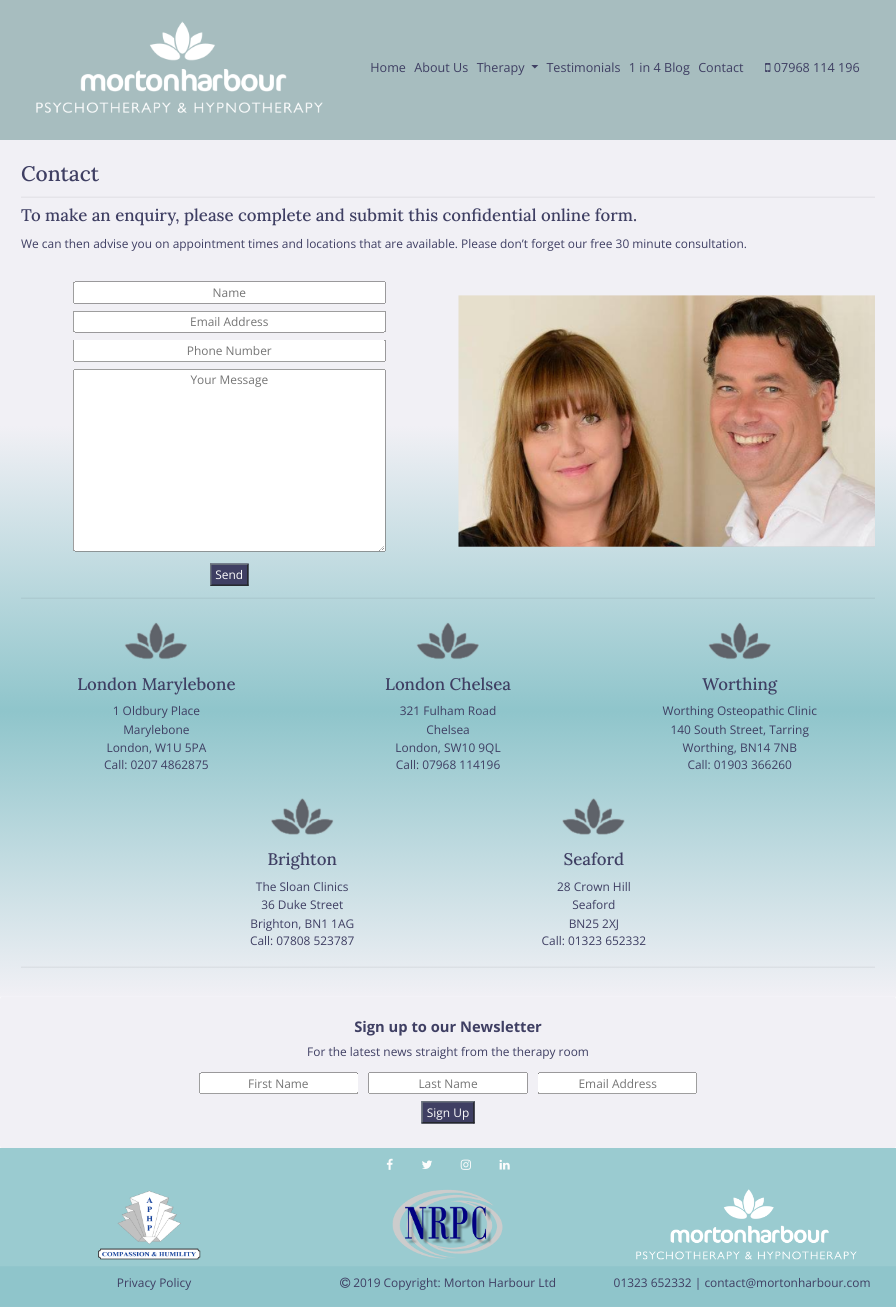
Repository: Code-Institute-Submissions/mortonharbour
Page: contact.html
The author's editor kept a record of every edit. The page is drawn from the files as they stood at one moment, then again after the next edit.
The browser window is 1280 px wide. The pictures show the whole page, at 70% of full size.
Some web libraries are served in a nearby version.

Above is the page before.

### contact.html
<!DOCTYPE html>
<html lang="en">

<head>
    <meta charset="UTF-8">
    <meta name="viewport" content="width=device-width, initial-scale=1.0">
    <meta http-equiv="X-UA-Compatible" content="ie=edge">

    <!--Links to Bootstrap, JavaScript and FontAwesome cdn, customer style.css file-->
    <link rel="stylesheet" href="https://stackpath.bootstrapcdn.com/bootstrap/4.4.0/css/bootstrap.min.css" integrity="sha384-SI27wrMjH3ZZ89r4o+fGIJtnzkAnFs3E4qz9DIYioCQ5l9Rd/7UAa8DHcaL8jkWt" crossorigin="anonymous">
    <link rel="stylesheet" href="https://stackpath.bootstrapcdn.com/font-awesome/4.7.0/css/font-awesome.min.css" type="text/css" />
    <script src="https://code.jquery.com/jquery-3.2.1.slim.min.js" integrity="sha384-KJ3o2DKtIkvYIK3UENzmM7KCkRr/rE9/Qpg6aAZGJwFDMVNA/GpGFF93hXpG5KkN" crossorigin="anonymous"></script>
    <script src="https://cdnjs.cloudflare.com/ajax/libs/popper.js/1.11.0/umd/popper.min.js" integrity="sha384-b/U6ypiBEHpOf/4+1nzFpr53nxSS+GLCkfwBdFNTxtclqqenISfwAzpKaMNFNmj4" crossorigin="anonymous"></script>
    <script src="https://maxcdn.bootstrapcdn.com/bootstrap/4.0.0-beta/js/bootstrap.min.js" integrity="sha384-h0AbiXch4ZDo7tp9hKZ4TsHbi047NrKGLO3SEJAg45jXxnGIfYzk4Si90RDIqNm1" crossorigin="anonymous"></script>

    <link rel="stylesheet" href="assets/css/style.css" />

    <title>Contact</title>
</head>

<body>
    <header>
        <div class="container-fluid">
            <nav class="navbar navbar-expand-lg navbar-light">
                <a href="index.html" class="col-sm-4 logo"><span class="sr-only">Go to our home page</span></a>

                <button class="navbar-toggler" type="button" data-toggle="collapse" data-target="#navbarSupportedContent" aria-controls="navbarSupportedContent" aria-expanded="false" aria-label="Toggle navigation">
            <span class="navbar-toggler-icon"></span>
            </button>
                <div class="collapse navbar-collapse justify-content-end" id="navbarSupportedContent">
                    <ul class="navbar-nav">
                        <li class="nav-item active">
                            <a class="nav-link" href="index.html"><span class="sr-only">Go to our home page</span>Home</a>
                        </li>
                        <li class="nav-item active">
                            <a class="nav-link" href="about_us.html"><span class="sr-only">Learn more about us</span>About Us</a>
                        </li>
                        <li class="nav-item dropdown">
                            <a class="nav-link dropdown-toggle" href="therapy.html" id="navbarDropdown" role="button" data-toggle="dropdown" aria-haspopup="true" aria-expanded="false">
                          Therapy
                        </a>
                            <div class="dropdown-menu" aria-labelledby="navbarDropdown">
                                <a class="dropdown-item" href="psychotherapy.html"><span class="sr-only">Find out about psychotherapy we offer</span>Psychotherapy</a>
                                <a class="dropdown-item" href="hypnotherapy.html"><span class="sr-only">Find out about hypnotherapy we offer</span>Hypnotherapy</a>
                                <a class="dropdown-item" href="emergency_therapy.html"><span class="sr-only">Find out about the emergency appointments we can offer</span>Emergency Appointments</a>
                            </div>
                        </li>
                        <li class="nav-item active">
                            <a class="nav-link" href="testimonials.html"><span class="sr-only">Find out what our clients say</span>Testimonials</a>
                        </li>
                        <li class="nav-item active">
                            <a class="nav-link" href="1-in-4_blog.html"><span class="sr-only">1 in 4 Blog</span>1 in 4 Blog</a>
                        </li>
                        <li class="nav-item active">
                            <a class="nav-link" href="contact.html"><span class="sr-only">Contact Us</span>Contact</a>
                        </li>
                    </ul>
                </div>
                <span id="header-mobile"><a href="tel:#"><i class="fa fa-mobile" aria-hidden="true"></i>
                <span class="sr-only">Call us</span>07968 114 196</a>
                </span>
            </nav>
        </div>
    </header>

    <!--Contact form-->

    <section class="contact-us-form">
        <div class="row">
            <div class="col-sm-12 text-left contact-header">
                <h1>Contact</h1>
                <hr>
                <h2>To make an enquiry, please complete and submit this confidential online form.</h2>
                <p>We can then advise you on appointment times and locations that are available. Please don’t forget our free 30 minute consultation.</p>
            </div>
        </div>
        <div class="row">
            <div class="col-sm-6">
                <div>
                    <form action="#" method="post">
                        <fieldset>
                            <input type="text" name="Name" placeholder="Name" id="name-contact" required/><br>
                            <input type="email" name="Email" placeholder="Email Address" id="email-address-contact" required/><br>
                            <input type="tel" name="Number" placeholder="Phone Number" id="phone-number" required/><br>
                            <textarea name="your-message" cols="40" rows="10" id="your-message" aria-invalid="false" placeholder="Your Message"></textarea>
                        </fieldset>
                        <input type="button" value="Send" id="submit-button" data-toggle="modal" data-target="#contactModal" />
                    </form>
                </div>
                <div class="modal fade" id="contactModal" tabindex="-1" role="dialog" aria-labelledby="contactModalLabel" aria-hidden="true">
                    <div class="modal-dialog" role="document">
                        <div class="modal-content">
                            <div class="modal-body">
                                <p>Thank you for your message, we will be in contact with you shortly.</p>
                                <button type="button" class="btn btn-secondary" data-dismiss="modal">Close</button>
                            </div>
                        </div>
                    </div>
                </div>
            </div>
            <div class="col-sm-6 order-first order-sm-1 hope-contact">
                <img src="assets/images/magda-christian.PNG" class="therapy-call-out-image" alt="Image of Magda and Christian">
                <span class="sr-only">image of hope</span>
            </div>
        </div>
        <hr>

        <!--End of contact form-->

        <!--Clinic locations-->


        <div class="row">
            <div class="col-sm-4">
                <img src="assets/images/lotus.PNG" alt="lotus logo">
                <h2>London Marylebone</h2>
                <p>1 Oldbury Place<br> Marylebone
                    <br> London, W1U 5PA<br> Call: 0207 4862875</p>
            </div>
            <div class="col-sm-4">
                <img src="assets/images/lotus.PNG" alt="lotus logo">
                <h2>London Chelsea</h2>
                <p>321 Fulham Road<br> Chelsea
                    <br> London, SW10 9QL<br> Call: 07968 114196</p>
            </div>
            <div class="col-sm-4">
                <img src="assets/images/lotus.PNG" alt="lotus logo">
                <h2>Worthing</h2>
                <p>Worthing Osteopathic Clinic<br> 140 South Street, Tarring<br> Worthing, BN14 7NB<br> Call: 01903 366260</p>
            </div>
        </div>
        <div class="row">
            <div class="col-sm-2"></div>
            <div class="col-sm-4">
                <img src="assets/images/lotus.PNG" alt="lotus logo">
                <h2>Brighton</h2>
                <p>The Sloan Clinics<br> 36 Duke Street<br> Brighton, BN1 1AG<br> Call: 07808 523787</p>
            </div>
            <div class="col-sm-4">
                <img src="assets/images/lotus.PNG" alt="lotus logo">
                <h2>Seaford</h2>
                <p>28 Crown Hill<br> Seaford
                    <br> BN25 2XJ<br> Call: 01323 652332</p>
            </div>
            <div class="col-sm-2"></div>
        </div>
        <hr>
    </section>

    <!--End of Clinic locations-->

    <!--Newsletter Sign Up-->

    <section>
        <div class="card testimonial-cards-rose newsletter-signup">
            <form action="#" method="post">
                <div class="div">
                    <h3><b>Sign up to our Newsletter</b></h3>
                    <p>For the latest news straight from the therapy room</p>
                </div>
                <fieldset>
                    <input type="text" name="Name" placeholder="First Name" id="first-name" required/>
                    <input type="text" name="Surname" placeholder="Last Name" id="last-name" required/>
                    <input type="email" name="Email" placeholder="Email Address" id="email-address" required/><br>
                </fieldset>
                <input type="button" value="Sign Up" id="submit-button" data-toggle="modal" data-target="#newsletterModal" />
            </form>
        </div>
        <div class="modal fade" id="newsletterModal" tabindex="-1" role="dialog" aria-hidden="true">
            <div class="modal-dialog" role="document">
                <div class="modal-content">
                    <div class="modal-body">
                        <p>Thank you for siging up to our newsletter.<br> We have sent you an email to confirm your subscription.</p>
                        <button type="button" class="btn btn-secondary" data-dismiss="modal">Close</button>
                    </div>
                </div>
            </div>
        </div>
        </div>
    </section>

    <!--End of Newsletter Sign Up-->

    <footer class="container-fluid">
        <div class="row">
            <div class="col-sm-12">
                <ul class="list-inline text-center social-media-icons">
                    <li class="list-inline-item">
                        <a target="_blank" href="https://www.facebook.com/MortonHarbour/">
                            <i class="fa fa-facebook" aria-hidden="true"></i>
                            <span class="sr-only">Facebook opens in a new window</span>
                        </a>
                    </li>
                    <li class="list-inline-item">
                        <a target="_blank" href="https://twitter.com/mortonharbour">
                            <i class="fa fa-twitter" aria-hidden="true"></i>
                            <span class="sr-only">Twitter opens in a new window</span>
                        </a>
                    </li>
                    <li class="list-inline-item">
                        <a target="_blank" href="https://www.instagram.com/morton_harbour/">
                            <i class="fa fa-instagram" aria-hidden="true"></i>
                            <span class="sr-only">Instagram opens in a new window</span>
                        </a>
                    </li>
                    <li class="list-inline-item">
                        <a target="_blank" href="https://www.linkedin.com/in/magda-harbour-maphp-51b590b4/">
                            <i class="fa fa-linkedin" aria-hidden="true"></i>
                            <span class="sr-only">LinkedIn opens in a new window></span>
                        </a>
                    </li>
                </ul>
            </div>
        </div>
        <div class="row">
            <a href="https://www.aphp.co.uk/" target="_blank" class="col-sm-4 aphp-logo">
                <span class="sr-only">Visit the APHP website, opens in new window</span>
            </a>
            <a href="https://www.nrpc.co.uk/" target="_blank" class="col-sm-4 nrpc-logo">
                <span class="sr-only">Visit the NRPC website, opens in new window</span>
            </a>
            <a href="index.html" class="col-sm-4 footer-logo">
                <span class="sr-only">Go to our home page</span>
            </a>
        </div>
        <div class="row footer-end">
            <div class="col-sm-4 text-center footer-end-item">
                <a href="privacy_policy.html" target="_blank"><span class="sr-only">Please read our privacy policy, opens in new window</span>Privacy Policy</a>
            </div>
            <div class="col-sm-4 text-center">
                <p><i class="fa fa-copyright" aria-hidden="true"></i> 2019 Copyright: Morton Harbour Ltd</p>
            </div>
            <div class="div col-sm-4 text-center footer-end-item">
                <address><a href="tel:+01323652332">01323 652332 | <span class="sr-only">contact number</span></a><a href="mailto:#">contact@mortonharbour.com
                    <span class="sr-only">email address</span>
                </a>
                </address>
            </div>
        </div>
    </footer>
</body>

</html>

### assets/css/style.css
/*----------------------------------------------Fonts*/

@import url('https://fonts.googleapis.com/css?family=Lora:100,200,300,400,500,600,700|Open+Sans:100,200,300,400,500,600,700');

/*----------------------------------------------Colors*/


.navbar-light .nav-item.active .nav-link {
    color: #3f3f63;
}

#navbarDropdown {
    color: #3f3f63;
}

.dropdown-menu {
    background-color: #fcfcfc;
}

.dropdown-item {
    color: #3f3f63;
}

/*----------------------------------------------Header*/

header {
    margin: 0;
    background-color: #a7bdbf;
}

.logo {
    background: url("../images/logo.png");
    background-position: center;
    margin-left: 25px;
    margin-right: 25px;
    background-repeat: no-repeat;
    background-size: contain;
    min-height: 180px;
    transition: all .5s ease-in-out;
    -moz-transition: all .5s ease-in-out;
    -webkit-transition: all .5s ease-in-out;
    -o-transition: all .5s ease-in-out;
}


/*----------------------------------------------Navigation*/

.container-fluid {
    min-height: 200px;
}

.navbar {
    font-size: 1.5rem;
    font-family: "Open Sans", sans-serif;
    font-weight: 300;
}

.dropdown-menu {
    border: none;
    background-color: transparent;
}

.dropdown-item {
    font-size: 1.15rem;
    font-weight: 300;
}

.navbar-toggler {
    border: none;
}

#header-mobile a {
    color: #3f3f63;
    font-weight: 400;
    padding: 25px;
    display: none;
}

/*--------------------------------------------------------Body*/

html {
    font-size: 10px;
    line-height: 1.5em;
}

h1,
h2 {
    font-family: "Lora", sans-serif;
    margin-bottom: 0.5em;
}

h3,
h4,
h5,
h6 {
    font-family: "Open Sans", sans-serif;
    margin-bottom: 0.5em;
}

body {
    font-family: "Open Sans", sans-serif;
    background-color: #fcfcfc;
    color: #3f3f63;
}

.carousel-display {
    visibility: hidden;
    display: none;
}

.hope-slide {
    visibility: visible;
    display: inline;
}

.main-content-text {
    padding: 25px;
}


#privacy-policy-wording {
    margin: 25px;

}

.privacy-policy-links {
    color: #3f3f63;
}

.privacy-table {
    border-collapse: collapse;
    border-spacing: 0;
    border: 1.5px solid #a7bdbf;
    margin: 10px;
}

.privacy-data {
    border: 1.5px solid #a7bdbf;
    padding: 10px 5px;
    text-align: center;
}

.website-links {
    color: #8fc5cb;
}

.img-fluid {
    padding: 10px;
}

.quote-icons {
    max-height: 50px;
    max-width: 50px;
}

.card-deck {
    padding: 15px;
}

.testimonial-cards-olive {
    background-color: #F5F6F2;
    color: #3f3f63;
    border: none;
}

.testimonial-cards-rose {
    background-color: #F1F0F5;
    color: #3f3f63;
    border: none;
}

.caption-text {
    padding-top: 25px;
}

.card-outer {
    padding: 0;
}

.card-links {
    color: #3f3f63;
}

.why-us-bullets {
    min-height: 25px;
    padding-top: 15px;
}

.collapse-bullets-one {
    font-size: 13px;
    color: #3f3f63;
    background-color: #F5F6F2;
}

.collapse-bullets-two {
    font-size: 13px;
    color: #3f3f63;
    background-color: #F1F0F5;
}

.therapy-call-out-section {
    background-color: #F1F0F5;
    padding: 25px;
}

.therapy-call-out-image {
    max-width: 100%;
    height: auto;
    vertical-align: top;
}

.hypnotherapy-call-out-image {
    max-width: 100%;
    height: auto;
    vertical-align: top;
}

ul {
    list-style-type: none;
}

.list-symptoms {
    background-color: transparent;
    border: none;
    line-height: 1.75em;
    list-style-position: inside;
    text-indent: -1em;
}

.contact-header {
    padding-bottom: 25px;
}

.hope-contact {
    padding-top: 25px;
    padding-bottom: 25px;
}

.order-last {
  -webkit-box-ordinal-group: 14;
  -ms-flex-order: 13;
  order: 13;
}

.blog-card {
    border: solid 0.5px #3f3f63;
    position: relative;
}

#blog-img {
    max-width: 75%;
    padding-bottom: 15px;
    background-size: contain;
}

.figure-caption {
    padding-left: 25px;
    padding-right: 25px;
    padding-bottom: 25px;
}

#blog-headings {
    color: #525273;
    font-weight: 500;
    text-shadow: 1px 0.75px 2px #3f3f63;
}

.blog-sidebar {
    padding-left: 50px;
    padding-right: 50px;
    position: relative;
}

.ordered-list {
    padding: 5px;
}

.aside-list {
    padding-left: 0px;
}

.aside-links a {
    color: #3f3f63;
}

/*--------------------------------------------------------Form*/

.newsletter-signup {
    min-height: 75px;
    text-align: center;
    padding: 30px;
    background-color: #F1F0F5;
    color: #3f3f63;
}


#first-name {
    margin: 5px;
    text-align: center;
}

#last-name {
    margin: 5px;
    text-align: center;
}

#email-address {
    margin: 5px;
    text-align: center;
}

#submit-button {
    margin: 5px;
    background-color: #3f3f63;
    border-color: #6c757d;
    color: #fcfcfc;
}

.modal-body {
    background-color: #fcfcfc;
    border: none;
}

[data-toggle~="collapse"] {
    cursor: pointer;
}

.contact-us-form {
    background: linear-gradient(#F1F0F5, #F1F0F5, #8fc5cb, #F1F0F5);
    min-height: 75px;
    text-align: center;
    padding: 30px;
    color: #3f3f63;
}

#name-contact {
    margin: 5px;
    text-align: center;
    width: 75%;
}

#phone-number {
    margin: 5px;
    text-align: center;
    width: 75%;
}

#your-message {
    margin: 5px;
    text-align: center;
    width: 75%;
}

#email-address-contact {
    margin: 5px;
    text-align: center;
    width: 75%;
}

/*----------------------------------------------Footer*/

footer {
    margin: 0;
    background-color: #9acbd0;
    min-height: 180px;
}

.social-media-icons li a i {
    color: #fcfcfc;
    padding: 15px;
}

.footer-logo {
    background: url("../images/footer-logo.png");
    background-position: center;
    padding: 15px 25px;
    background-repeat: no-repeat;
    background-size: contain;
    min-height: 100px;
    margin-bottom: 10px;
    transition: all .5s ease-in-out;
    -moz-transition: all .5s ease-in-out;
    -webkit-transition: all .5s ease-in-out;
    -o-transition: all .5s ease-in-out;
}

.aphp-logo {
    background: url("../images/aphp-logo.png");
    background-position: center;
    padding: 15px 25px;
    background-repeat: no-repeat;
    background-size: contain;
    min-height: 100px;
    margin-bottom: 10px;
    transition: all .5s ease-in-out;
    -moz-transition: all .5s ease-in-out;
    -webkit-transition: all .5s ease-in-out;
    -o-transition: all .5s ease-in-out;
}

.nrpc-logo {
    background: url("../images/nrpc-logo.png");
    background-position: center;
    padding: 15px 25px;
    background-repeat: no-repeat;
    background-size: contain;
    min-height: 100px;
    margin-bottom: 10px;
    transition: all .5s ease-in-out;
    -moz-transition: all .5s ease-in-out;
    -webkit-transition: all .5s ease-in-out;
    -o-transition: all .5s ease-in-out;
}

.footer-end {
    padding: 10px;
    background-color: #8fc5cb;
    color: #3f3f63;
}

.footer-end-item a {
    text-decoration: none;
    color: #3f3f63;
}

.footer-end-item a:hover {
    color: #fcfcfc;
}

/*----------------------------------------------Hover*/

#submit-button:hover {
    background-color: #e7edeb;
    border-color: #fcfcfc;
    color: #3f3f63;
    font-weight: 600;
    transition: all 1s ease-in-out;
    -webkit-transition: all 1s ease-in-out;
    -o-transition: all 1s ease-in-out;
    -moz-transition: all 1s ease-in-out;
}

.navbar-light .nav-item.active .nav-link:hover {
    text-decoration: none;
    color: #e7edeb;
}

#header-mobile a:hover {
    text-decoration: none;
    color: #e7edeb;
}

#navbarDropdown:hover {
    color: #e7edeb;
}

.dropdown-item:hover {
    background-color: transparent;
    color: #e7edeb;
}

.social-media-icons li a i:hover {
    text-decoration: none;
    color: #3f3f63;
}

.privacy-policy-links:hover {
    text-decoration: none;
    color: #8fc5cb;
}

.website-links:hover {
    text-decoration: none;
    color: #3f3f63;
}

.img-fluid:hover {
    filter: grayscale(75%);
    cursor: pointer;
    transition: all 1s ease-in-out;
    -webkit-transition: all 1s ease-in-out;
    -o-transition: all 1s ease-in-out;
    -moz-transition: all 1s ease-in-out;
}

.card-links:hover {
    text-decoration: none;
    color: #8fc5cb;
}

.hvr-shadow {
    display: inline-block;
    vertical-align: middle;
    -webkit-transform: perspective(1px) translateZ(0);
    transform: perspective(1px) translateZ(0);
    box-shadow: 0 0 1px rgba(0, 0, 0, 0);
    -webkit-transition-duration: 0.3s;
    transition-duration: 0.3s;
    -webkit-transition-property: box-shadow;
    transition-property: box-shadow;
}

.hvr-shadow:hover,
.hvr-shadow:focus,
.hvr-shadow:active {
    box-shadow: 0 10px 10px -10px rgba(143, 197, 203, 0.5);
    cursor: pointer;
    color: #3f3f63;
}

.aside-links a:hover {
    text-decoration: none;
    color: #8fc5cb;
}

/*----------------------------------------------Media Queries*/

/* Small devices (under 576px */

@media (min-width: 0px) {
    .navbar-nav {
        text-align: center;
    }
    .navbar-toggler {
        position: relative;
        left: 50%;
        transform: translatex(-50%);
    }
 website   body {
        text-align: left;
    }
}

/* Small devices (landscape phones, 576px and up) */

@media (min-width: 576px) {
    .navbar-toggler {
        margin-top: 15px;
    }
    body {
        text-align: left;
    }
}

/* Medium devices (tablets, 768px and up) */


@media (min-width:768px) {
    .navbar-toggler {
        position: static;
    }
    body {
        text-align: justify;
    }
    .carousel-display {
        visibility: visible;
        display: inline;
    }
    .hope-slide {
    visibility: hidden;
    display: none;
    }
}

@media screen and (min-width: 320px) {
    html {
        font-size: calc(8px + 6 * ((100vw - 320px) / 680));
    }
    body {
        font-size: calc(14px + (26 - 14) * ((100vw - 300px) / (1600 - 300)));
    }
}

@media screen and (min-width: 1000px) {
    html {
        font-size: 12px;
    }
    body {
        font-size: calc(8px + (26 - 14) * ((100vw - 300px) / (1600 - 300)));
    }
     #header-mobile a {
    display: block;
    }
}

After the next edit:
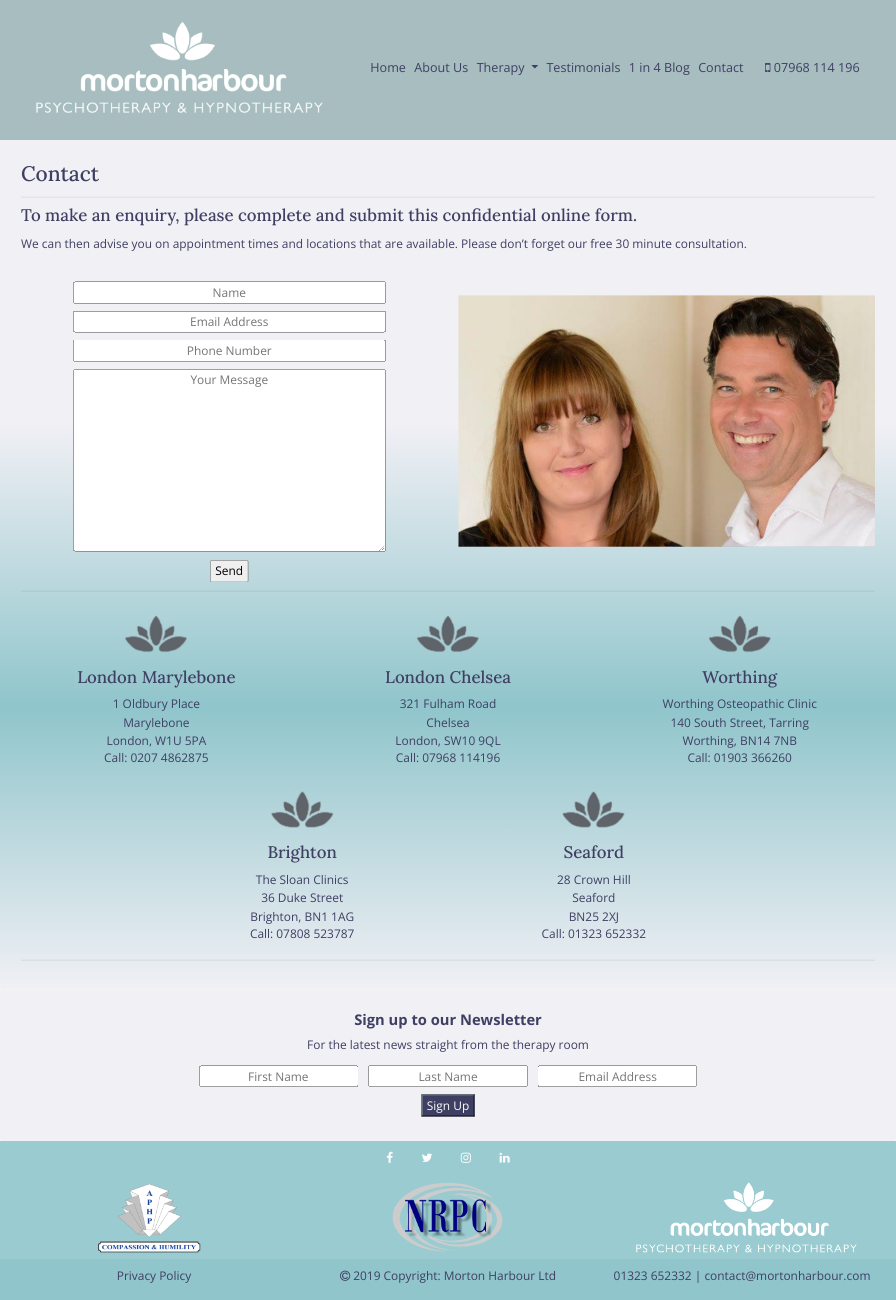
The edit:
--- a/contact.html
+++ b/contact.html
@@ -84,7 +84,7 @@
                             <input type="tel" name="Number" placeholder="Phone Number" id="phone-number" required/><br>
                             <textarea name="your-message" cols="40" rows="10" id="your-message" aria-invalid="false" placeholder="Your Message"></textarea>
                         </fieldset>
-                        <input type="button" value="Send" id="submit-button" data-toggle="modal" data-target="#contactModal" />
+                        <input type="button" value="Send" id="submit-button-1" data-toggle="modal" data-target="#contactModal" />
                     </form>
                 </div>
                 <div class="modal fade" id="contactModal" tabindex="-1" role="dialog" aria-labelledby="contactModalLabel" aria-hidden="true">
